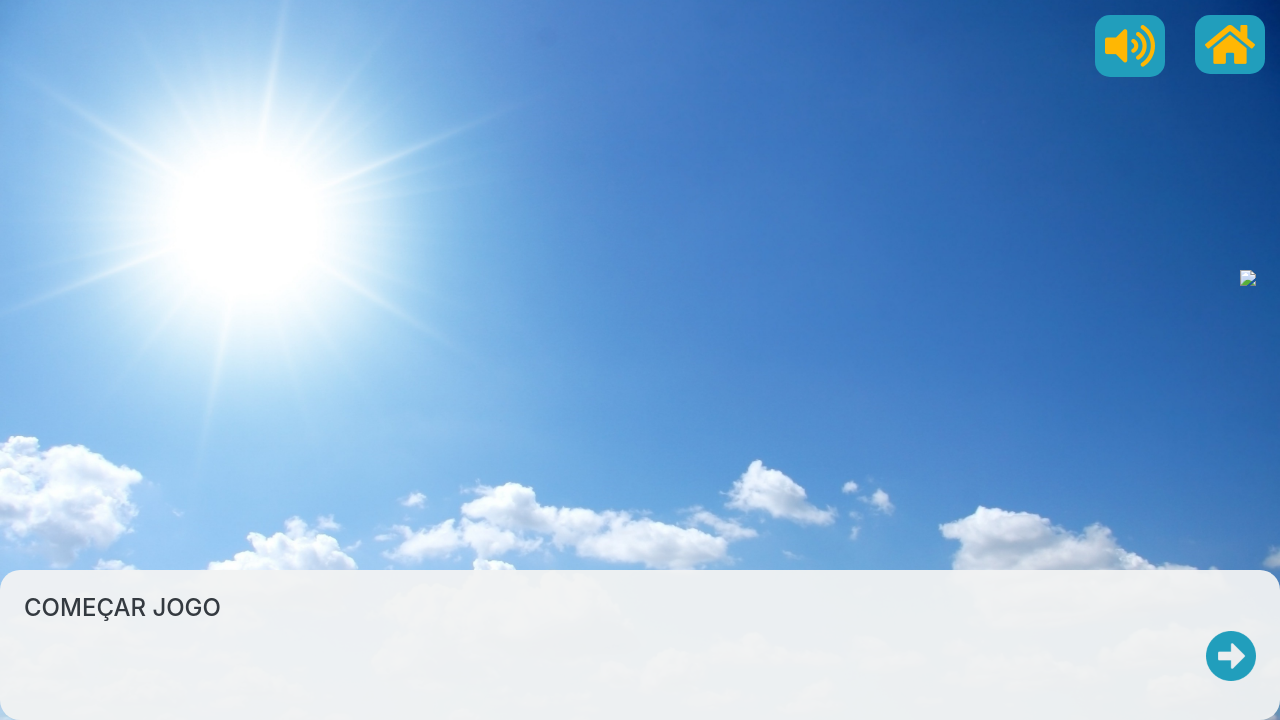
Repository: Squad2MeioAmbiente/favelacao
Page: frontend/jogo/missoes/missao1/index.html
An editor plug-in stored every save of this project. The page is shown before and after the next save, followed by the edit.
The browser window is 1280 px wide. The pictures show the whole page.

Above is the page before, as saved 2021-03-07 15:09:45.

### frontend/jogo/missoes/missao1/index.html
<!DOCTYPE html>
<html lang="en">
<head>
    <meta charset="UTF-8">
    <meta name="viewport" content="width=device-width, initial-scale=1.0">
    <title>Jogo FavelAção!</title>
    <link href="index.css" rel="stylesheet">
    <script src="index.js"></script>
    <link href="https://fonts.googleapis.com/css2?family=Roboto:wght@700;900&display=swap" rel="stylesheet">
    <link rel="stylesheet" href="https://fonts.googleapis.com/icon?family=Material+Icons">
    <link rel="stylesheet" href="https://stackpath.bootstrapcdn.com/bootstrap/4.1.3/css/bootstrap.min.css" integrity="sha384-MCw98/SFnGE8fJT3GXwEOngsV7Zt27NXFoaoApmYm81iuXoPkFOJwJ8ERdknLPMO" crossorigin="anonymous">
    <link rel="sortcut icon" href="../../../img/logo_Megafone_Grande.png" type="image/x-icon" />

</head>
<body id="fundo" >


<audio id="mudo" src="../sounds/music.mp3" autoplay="true" ></audio>
<audio id="btnsound" src="../sounds/btnsound.mp3"  ></audio>
<audio id="medalSound" src="../sounds/medalSound.mp3"  ></audio>


        <div class="geral">
            <div class="d-flex flex-row-reverse pr-8" >
                <a href= "../../../"><img class="iconesMenu" src="../img/icones/iconeHome.png" alt="Voltar para Home" /></a>

                <img class="iconesMenu" src="../img/icones/iconeSomLiga.png" id= "turn" onClick="mute()" alt="Desligar Música" />
            </div>
        <div id="alertMedal">

        </div>
        <div class="d-flex flex-row-reverse pr-4">
            <img id="personagemImg" class="img" src="#">
        </div>
        <div class="d-flex-inline text ml-auto ">
            <div class="d-flex flex-row ">
                <p  id="txt" class="text-dark h4 pt-4 pl-4">COMEÇAR JOGO</p>
            </div>
            <div class="d-flex flex-row-reverse pr-4 questionario" id="questionario">
                <img  src="../img/icones/iconeSetaDireita.png" onClick="next(), btnsound()" class="iconJogar" id="prox"/>
                <!-- <img  src="../img/icones/iconeSetaEsquerda.png" onClick="back(), btnsound()" class="iconJogar" id="anterior"/> -->
            </div>
        </div>
       </div>

    <!-- DISPLAY FLEX É O IDEAL DE SE USAR, FLEX-ROW CRIA UMA LINHA DO FLEX E O REVERSE FAZ A LINHA COMEÇAR DA DIREITA -->



    <span>
    <script src="https://code.jquery.com/jquery-3.3.1.slim.min.js" integrity="sha384-q8i/X+965DzO0rT7abK41JStQIAqVgRVzpbzo5smXKp4YfRvH+8abtTE1Pi6jizo" crossorigin="anonymous"></script>
    <script src="https://cdnjs.cloudflare.com/ajax/libs/popper.js/1.14.3/umd/popper.min.js" integrity="sha384-ZMP7rVo3mIykV+2+9J3UJ46jBk0WLaUAdn689aCwoqbBJiSnjAK/l8WvCWPIPm49" crossorigin="anonymous"></script>
    <script src="https://stackpath.bootstrapcdn.com/bootstrap/4.1.3/js/bootstrap.min.js" integrity="sha384-ChfqqxuZUCnJSK3+MXmPNIyE6ZbWh2IMqE241rYiqJxyMiZ6OW/JmZQ5stwEULTy" crossorigin="anonymous"></script>
    </span>

</body>
</html>

### frontend/jogo/missoes/missao1/index.css
body,html{
    height: 100%;
    margin:0px;
    background-image: url("../img/background/dia.jpg");
    background-repeat: no-repeat;
    background-size:cover ;
    background-position:center; /*Centraliza*/
    background-attachment:fixed; /*Faz com que não tenha rolagem no fundo*/
}

.questionario img {
    border: none;
    width: 50px;
    margin-left: 25px;
}

.iconesMenu {
    border: none;
    width: 70px;
    margin: 15px;
    padding: 10px;
    background-color: #219EBC;
    border-radius: 15px;
}

a{

    font-weight: bold !important;
    text-decoration: none !important;
    font-size: 12px !important;
    line-height: 20px !important;
    /* color: #bdb5b5; */
    /* color: #8ecae6; */

    color: white !important;

    /* color: #FFF; */
    transition: 0.2s !important;
}

a:hover {
    transition: 0.2s !important;
    /* color: #ff4d4d; */
    color: white !important;
    /* color: #023047 ; */

}

.text{ width: 100%; height: 150px; background-color: rgba(242, 243, 243, 0.945);
    position: absolute;
    bottom: 0;
    border-radius: 20px;
    overflow:auto
}

.next{margin-left: 95%; margin-top:30px; position:absolute;}

.img{ height: 450px;position:absolute;
    bottom:0;
    }

### frontend/jogo/missoes/missao1/index.js

 var count = 0

async function next (){

  var response = await fetch("../../../../backend/api/enredo/read.php")
     dados = await response.json()

  var txt =document.getElementById("txt")
  txt.innerHTML = dados[count].frase

  var img = document.getElementById("personagemImg")
  var caminho = `../img/character/${dados[count].personagem}`
  img.src= caminho
  console.log(caminho)

  var fundo = document.getElementById("fundo")
  if (count == 0){
    fundo.style.backgroundImage = "url('../img/background/dia.jpg')";
  }else if (count == 5){
      fundo.style.backgroundImage = "url('../img/background/bg4.jpg')";
    } else if (count ==20){
      fundo.style.backgroundImage = "url('../img/background/bg3.jpg')";
    }



/////////////CÓDIGO DE GANHO DE MEDALHA

    if(count == 15){

    var alertMedal = document.createElement('div')
    alertMedal.setAttribute("class", "alert alert-primary mx-auto mt-4 w-75")
    alertMedal.setAttribute("role", "alert")
    alertMedal.setAttribute("id", "rmAlert")
    alertMedal.textContent = "MEDALHA ADQUIRIDA : Bem Vindo Ao Favelação!!"

    var alertMedalDiv = document.getElementById("alertMedal")

    alertMedalDiv.appendChild(alertMedal)

    var alertRemove = document.getElementById("rmAlert")
    setTimeout(() => {alertRemove.remove()}, 4000)


      var medalSound = document.getElementById("medalSound")
      medalSound.play()

      //ATUALIZAR MEDALHA NO BANCO
      var url = "../../../../backend/api/user/userMedal/userMedal1.php"
      var updateMedal = {"medal" : "TRUE"}

      fetch(url,{
        method:"POST",
        body: updateMedal
    }).then().then(()=> console.log("Atualizou a medalha"))

    }
////////////LÓGICA DO QUESTIONARIO
if(count == 45){

var btnQuestionario = document.getElementById("questionario")

var yes = document.createElement('img');
  yes.setAttribute("onClick", "btnsound()")
  yes.setAttribute("onClick", "yes()")
  yes.setAttribute("id", "rmyes")
  yes.setAttribute("src", "../img/icones/iconeSim.png") ;

var no = document.createElement('img');
  no.setAttribute("onClick", "btnsound()")
  no.setAttribute("onClick", "no()")
  no.setAttribute("id", "rmno")
  no.setAttribute("src", "../img/icones/iconeNao.png");

btnQuestionario.appendChild(yes)
btnQuestionario.appendChild(no)

var btnNext = document.getElementById("prox")

btnNext.remove()
    }

  count ++
  console.log(count)

}




// async function back (){

//   var response = await fetch("../../../../backend/api/enredo/read.php")
//      dados = await response.json()

//   var txt =document.getElementById("txt")
//   txt.innerHTML = dados[count].frase

//   var img = document.getElementById("personagemImg")
//   var caminho = `../img/character/${dados[count--].personagem}`
//   img.src= caminho
//   console.log(caminho)

//   var fundo = document.getElementById("fundo")
//   if (count == 0){
//     fundo.style.backgroundImage = "url('../img/background/bg2.jpg')";
//   }else if (count == 5){
//       fundo.style.backgroundImage = "url('../img/background/bg4.jpg')";
//     } else if (count ==20){
//       fundo.style.backgroundImage = "url('../img/background/bg3.jpg')";
//     }



//   count --
//   console.log(count)

// }



function yes(){
  txt.innerHTML = "Resposta correta!!!"
      ///////CRIAÇÃO DO BOTAO QUE ENVIAM O UPDATE
      //////////////BOTAO SALVAR
      var salvar = document.createElement('button');
      salvar.setAttribute("class", "btn btn-info")
      salvar.setAttribute("onClick", "fetchSalvar()")
      salvar.textContent = "SALVAR GAME"

      var quest = document.getElementById("questionario")

     quest.appendChild(salvar)



    ////REMOVER BOTÕES DE YES e NO
      var rmyes = document.getElementById("rmyes")
      var rmno = document.getElementById("rmno")
      rmyes.remove()
      rmno.remove()
}

function no(){
  txt.innerHTML = "Resposta errada!!!"
}
////////SALVAR JOGO NO BANCO
function fetchSalvar(){
  var url = "../../../../backend/api/saveGame/save1.php"

  fetch(url,{
    method:"POST"
}).then().then(()=> console.log("salvou"))
  }


var contador = 0

function mute () {
    var turn = document.getElementById("turn")
    var mute = document.getElementById("mudo")
      if (contador == 0){
          mute.pause()
          document.getElementById("turn").src = "../img/icones/iconeSomDesligado.png";
          contador = 1
          turn.innerHTML = "Ligar Música"
      }
      else {
        mute.play()
        document.getElementById("turn").src = "../img/icones/iconeSomLiga.png";
        contador = 0
        turn.innerHTML = "Desligar Música"
      }
}

function btnsound(){
    var btnsound = document.getElementById("btnsound")
    btnsound.play()
}

After the next save:
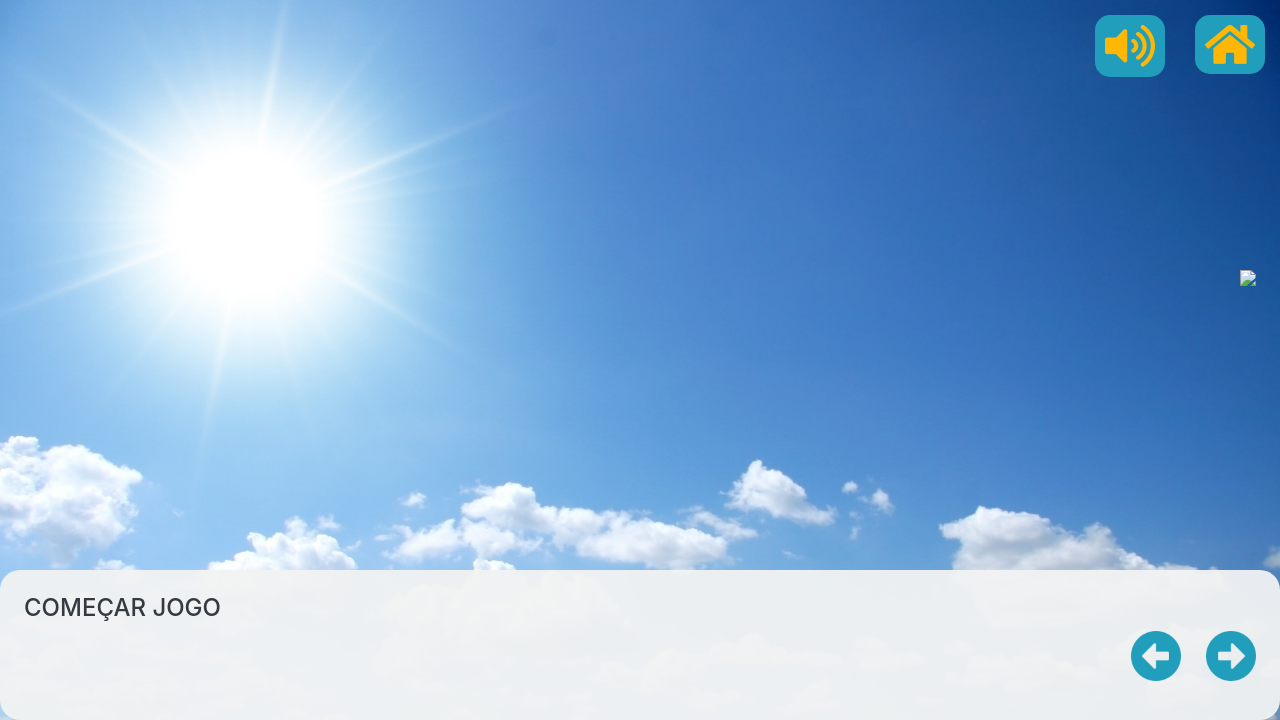
Saved 26 min 20 s later.
--- a/frontend/jogo/missoes/missao1/index.html
+++ b/frontend/jogo/missoes/missao1/index.html
@@ -38,7 +38,7 @@
             </div>
             <div class="d-flex flex-row-reverse pr-4 questionario" id="questionario">
                 <img  src="../img/icones/iconeSetaDireita.png" onClick="next(), btnsound()" class="iconJogar" id="prox"/>
-                <!-- <img  src="../img/icones/iconeSetaEsquerda.png" onClick="back(), btnsound()" class="iconJogar" id="anterior"/> -->
+                <img  src="../img/icones/iconeSetaEsquerda.png" onClick="back(), btnsound()" class="iconJogar" id="anterior"/>
             </div>
         </div>
        </div>
